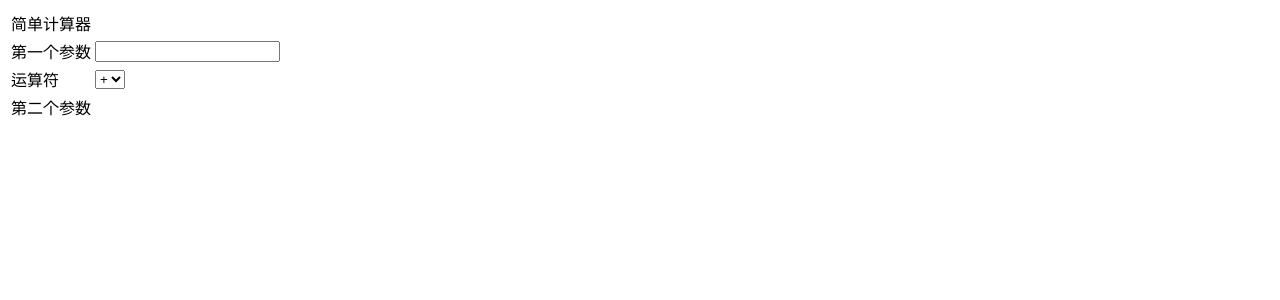
Repository: wsws1996/myproject
Page: http://localhost/day09/calculator.jsp
The author's editor kept a copy of each file at every save. The page is drawn from the files as they stood at one save, then again after the next save.
The browser window is 1280 px wide. The pictures show the whole page.
The page is served by Tomcat 9. Other server files are loaded and not shown.

Above is the page before, as saved 2015-11-16 15:04:24.

### java/workspace/day09/WebRoot/calculator.jsp
<%@ page language="java" import="java.util.*" pageEncoding="UTF-8"%>

<!DOCTYPE HTML PUBLIC "-//W3C//DTD HTML 4.01 Transitional//EN">
<html>
<head>

<title>计算器</title>

</head>

<body>
	<table>
		<tr>
			<td colspan="2">简单计算器</td>
		</tr>
		<tr>
			<td>第一个参数</td>
			<td><input type="text" name="firstNum"></td>
		</tr>
		<tr>
			<td>运算符</td>
			<td><select name="operator">
					<option value="+">+</option>
					<option value="-">-</option>
					<option value="*">*</option>
					<option value="/">/</option>
			</select></td>
		</tr>
		<tr>
			<td>第二个参数</td>
			<td></td>
		</tr>
		<tr>
			<td></td>
			<td></td>
		</tr>
	</table>
</body>
</html>

After the next save:
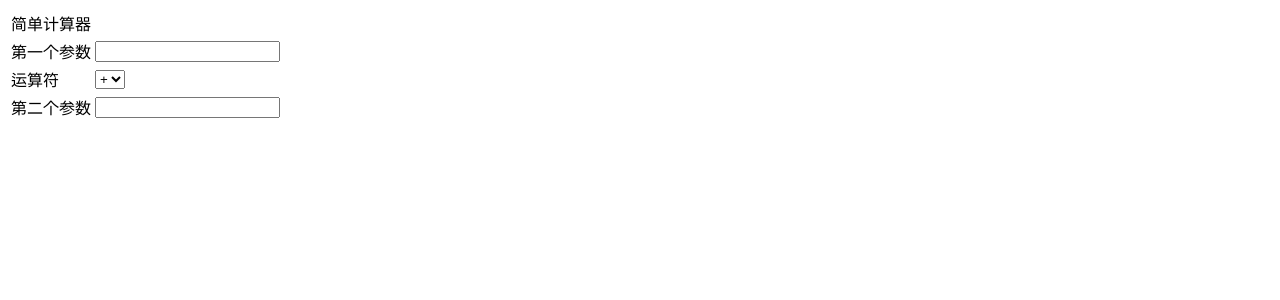
Saved 45 s later.
--- a/java/workspace/day09/WebRoot/calculator.jsp
+++ b/java/workspace/day09/WebRoot/calculator.jsp
@@ -28,7 +28,9 @@
 		</tr>
 		<tr>
 			<td>第二个参数</td>
-			<td></td>
+			<td>
+				<input type="text"name="secondNum">
+			</td>
 		</tr>
 		<tr>
 			<td></td>
